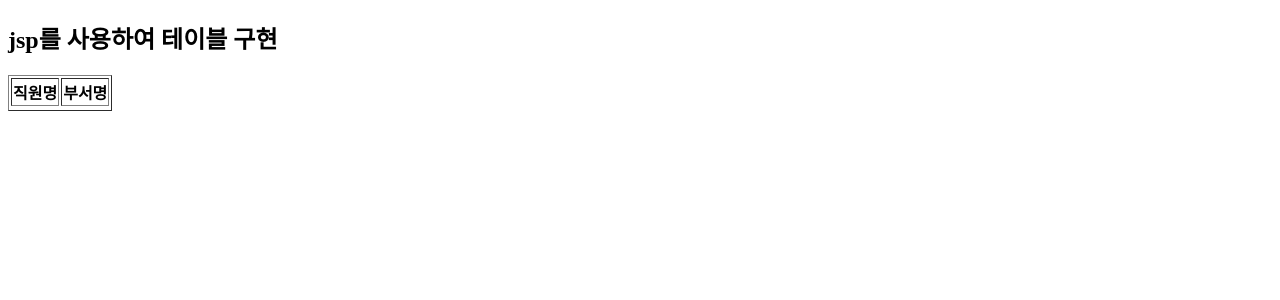
Repository: jihyeon00/java_web_sol
Page: http://localhost/jspweb_07/forstat_ex.jsp
These files come from the project's save history. The page is drawn as it stood at one moment and after the next save; the edit follows.
The browser window is 1280 px wide. The pictures show the whole page.
The page is served by Tomcat 9.

Above is the page before, as saved 2024-01-11 00:41:35.

After the next save:
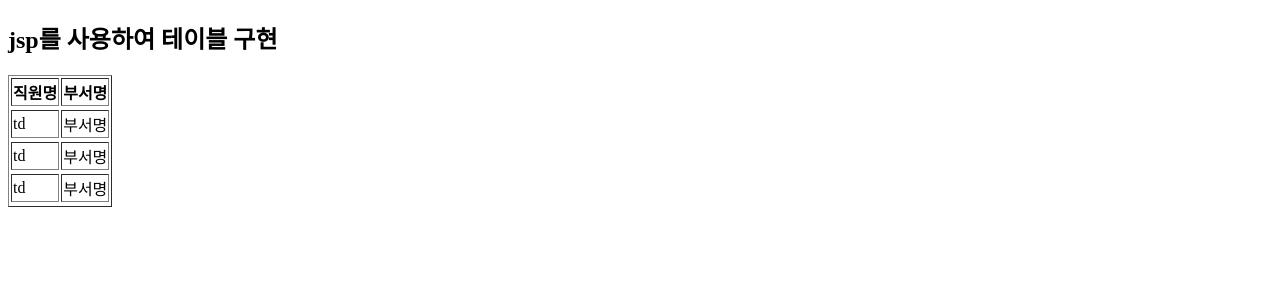
Saved 2 min 51 s later.
--- a/workspace_stsb/jspweb_07/src/main/webapp/forstat_ex.jsp
+++ b/workspace_stsb/jspweb_07/src/main/webapp/forstat_ex.jsp
@@ -10,11 +10,11 @@
 <body>
 	<h2>jsp를 사용하여 테이블 구현</h2>
 	<%
-		ArrayList name = new ArrayList();
+		ArrayList<String> name = new ArrayList<>();
 		name.add("김상완");
 		name.add("배승재");
 		name.add("승지우");
-		ArrayList departName = new ArrayList();
+		ArrayList<String> departName = new ArrayList<String>();
 		departName.add("기획팀");
 		departName.add("개발팀");
 		departName.add("보안팀");
@@ -25,6 +25,13 @@
 		out.println("<th>부서명</th>");
 		out.println("<tr>");
 
+		for(String td : name){
+		out.println("<tr>");
+		out.println("<td>td</td>");
+		out.println("<td>부서명</td>");
+		out.println("<tr>");
+
+		}
 
 		out.println("</table>");
 
